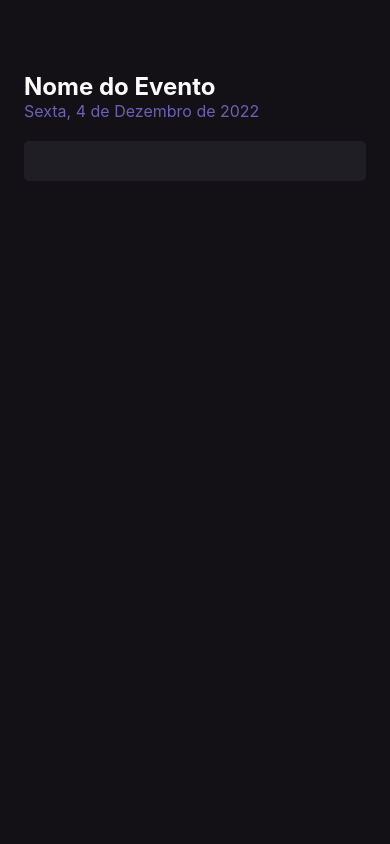
Repository: guilhermecardoso93/reactNative-ignite-imhere
Screen: /
The author's editor kept a copy of each file at every save. The screen is drawn from the files as they stood at one save, then again after the next save.
The app was drawn by React Native's web renderer in a window 390 px wide. The project was rebuilt for these pictures with package versions that can differ from the ones it lists, and the page was loaded fresh each time.

Above is the screen before, as saved 2022-10-02 19:31:25.

### App.tsx
import { Text, View, StyleSheet } from "react-native";
import Home from "./src/screens/Home";

export default function App() {
  return (
    <>
      <Home/>
    </>
  );
}

### src/screens/Home/index.tsx
import { Text, View, TextInput } from "react-native";

import { styles } from "./styles";

export default function Home() {
  return (
    <View style={styles.container}>
      <Text style={styles.eventName}>Nome do Evento</Text>
      <Text style={styles.eventDate}>Sexta, 4 de Dezembro de 2022</Text>
      <TextInput  style={styles.eventInput}/>
    </View>
  );
}

### src/screens/Home/styles.ts
import { StyleSheet } from "react-native";

export const styles = StyleSheet.create({
  container: {
    flex: 1,
    padding: 24,
    backgroundColor: "#131016",
  },
  eventName: {
    color: "#fff",
    fontSize: 24,
    fontWeight: "bold",
    marginTop: 48,
  },
  eventDate: {
    color: "#6b62b6",
    fontSize: 16,
  },
  eventInput: {
    backgroundColor: '#1f1e25',
    color:'#FFF',
    height: 40,
    borderRadius: 5,
    padding:16,
    marginTop: 20  }
});

After the next save:
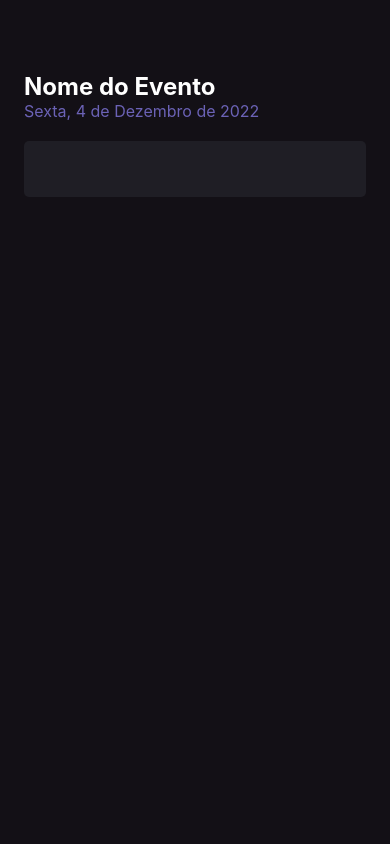
Saved 15 s later.
--- a/src/screens/Home/styles.ts
+++ b/src/screens/Home/styles.ts
@@ -17,10 +17,12 @@ export const styles = StyleSheet.create({
     fontSize: 16,
   },
   eventInput: {
-    backgroundColor: '#1f1e25',
-    color:'#FFF',
-    height: 40,
+    backgroundColor: "#1f1e25",
+    color: "#FFF",
+    height: 56,
     borderRadius: 5,
-    padding:16,
-    marginTop: 20  }
+    padding: 16,
+    marginTop: 20,
+    fontSize: 16
+  },
 });
